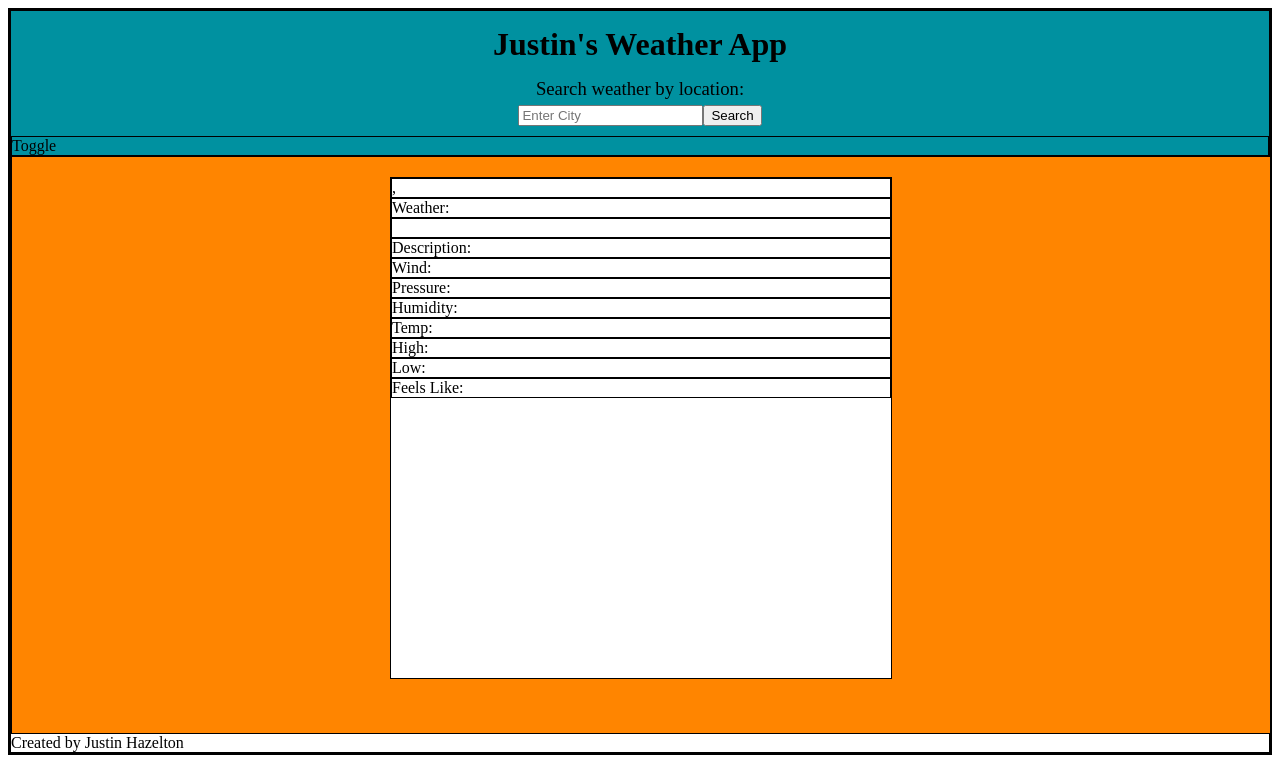
Repository: J-Haze/Weather
Page: /
An editor plug-in stored every save of this project. The page is shown before and after the next save, followed by the edit.
The browser window is 1280 px wide. The pictures show the whole page.
The project was rebuilt for these pictures with package versions that can differ from the ones it lists, and the page was loaded fresh each time. Also part of the build but not shown: src/index.css.

Above is the page before, as saved 2020-09-06 20:01:31.

After the next save:
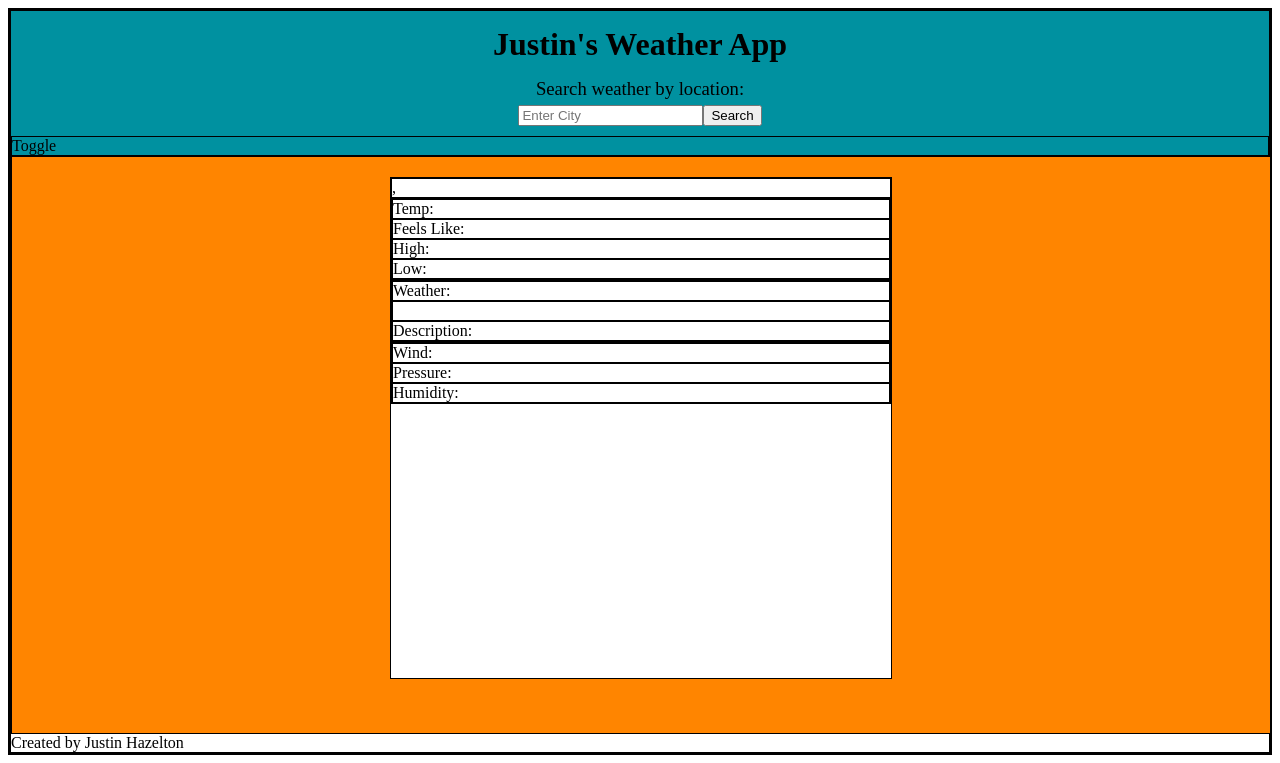
Saved 98 s later.
--- a/src/components/Weather.js
+++ b/src/components/Weather.js
@@ -148,22 +148,27 @@ const Weather = () => {
                     <div className="location">
                         {`${city},${country}`}
                     </div>
-                    <div className="weather">
-                        Weather: {weather}
+
+                    <div className="temp-container">
+                        <div className="temp">Temp: {temp}</div>
+                        <div className="feel">Feels Like: {feel}</div>
+                        <div className="max">High: {max}</div>
+                        <div className="min">Low: {min}</div>
+
                     </div>
-                    <div className="icon"><img src={weatherIcons[icon]} /></div>
-                    <div className="description">Description: {description}</div>
 
-                    {/* ^^Get picture based on what the icon data is */}
+                    <div className="weather-container">
+                        <div className="weather"> Weather: {weather} </div>
+                        <div className="icon"><img src={weatherIcons[icon]} /></div>
+                        <div className="description">Description: {description}</div>
+                    </div>
 
-                    <div className="wind">Wind: {wind}</div>
-                    <div className="pressure">Pressure: {pressure}</div>
-                    <div className="humidity">Humidity: {humidity}</div>
+                    <div className="other-container">
+                        <div className="wind">Wind: {wind}</div>
+                        <div className="pressure">Pressure: {pressure}</div>
+                        <div className="humidity">Humidity: {humidity}</div>
+                    </div>
 
-                    <div className="temp">Temp: {temp}</div>
-                    <div className="max">High: {max}</div>
-                    <div className="min">Low: {min}</div>
-                    <div className="feel">Feels Like: {feel}</div>
                 </div>
             </div>
             <footer>
